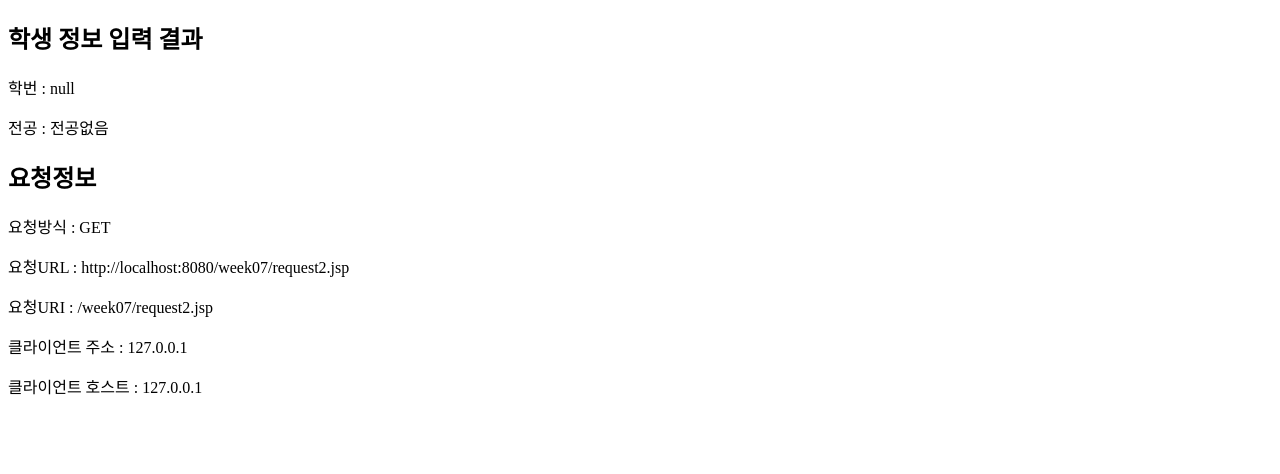
Repository: JuHyeon-S/21-1-Web-Back-end_Programming
Page: http://localhost/week07/request2.jsp
An editor plug-in stored every save of this project. The page is shown before and after the next save, followed by the edit.
The browser window is 1280 px wide. The pictures show the whole page.
The page is served by Tomcat 9.

Above is the page before, as saved 2021-04-18 20:56:01.

### week07/week07/src/main/webapp/request2.jsp
<%@ page language="java" contentType="text/html; charset=EUC-KR"
    pageEncoding="EUC-KR"%>
<!DOCTYPE html>
<html>
<head>
<meta charset="EUC-KR">
<title>Insert title here</title>
</head>
<body>
	<%
		request.setCharacterEncoding("euc-kr");
	%>
	<%
		String studentNum = request.getParameter("studentNum");
		String[] majors = request.getParameterValues("major");
	%>
	<h2>학생 정보 입력 결과</h2>
	학번 : <%= studentNum %><p>
	전공 : <%
			if(majors == null)	{
				out.println("전공없음");
			}else{
				for (int i = 0; i <majors.length; i++){
					out.println(majors[i]+" ");
				}
			}
	%>

	<h2>요청정보</h2>
	요청방식 : <%= request.getMethod() %><p>
	요청URL : <%= request.getRequestURL() %><p>
	요청URI : <%= request.getRequestURI() %><p>
	클라이언트 주소 : <%= request.getRemoteAddr() %><p>
	클라이언트 호스트 : <%= request.getRemoteHost() %><p>

</body>
</html>

After the next save:
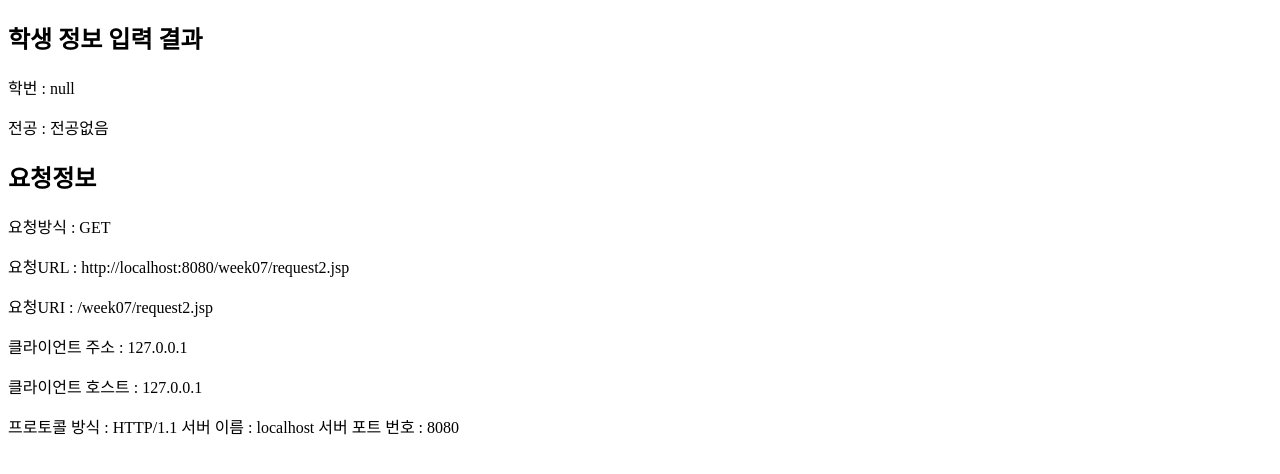
Saved 88 s later.
--- a/week07/week07/src/main/webapp/request2.jsp
+++ b/week07/week07/src/main/webapp/request2.jsp
@@ -32,6 +32,8 @@
 	요청URI : <%= request.getRequestURI() %><p>
 	클라이언트 주소 : <%= request.getRemoteAddr() %><p>
 	클라이언트 호스트 : <%= request.getRemoteHost() %><p>
-
+	프로토콜 방식 : <%= request.getProtocol() %>
+	서버 이름 : <%= request.getServerName() %>
+	서버 포트 번호 : <%= request.getServerPort() %>
 </body>
 </html>
